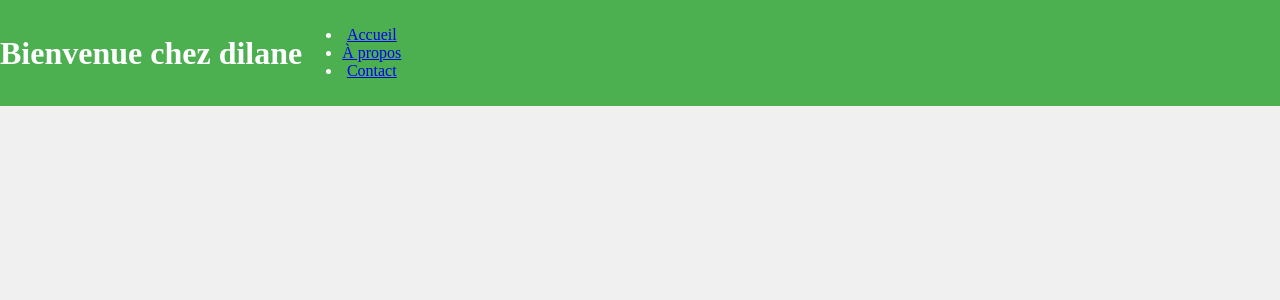
Repository: prestige225/prestige_services_et_finances
Page: app.html
The author's editor kept a copy of each file at every save. The page is drawn from the files as they stood at one save, then again after the next save.
The browser window is 1280 px wide. The pictures show the whole page.

Above is the page before, as saved 2025-06-01 17:31:58.

After the next save:
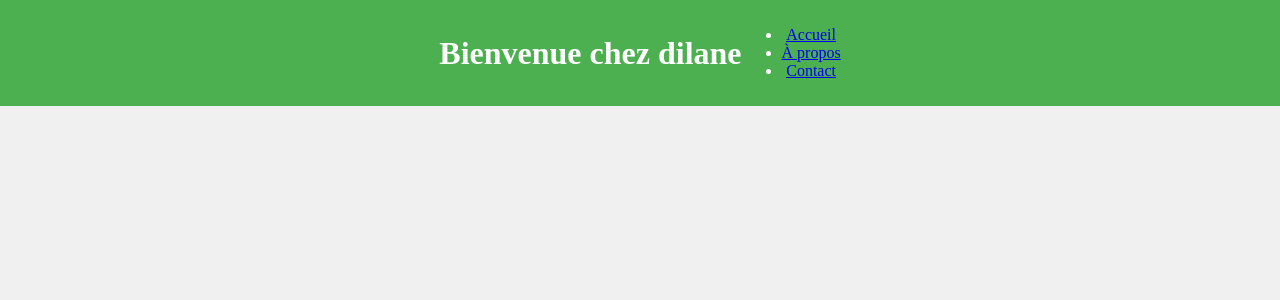
Saved 14 s later.
--- a/app.html
+++ b/app.html
@@ -16,7 +16,7 @@
           padding: 10px 0;
           text-align: center;
           display: flex;
-          justify-content: safe;
+          justify-content: safe center;
             align-items: center;
          }
     </style>
